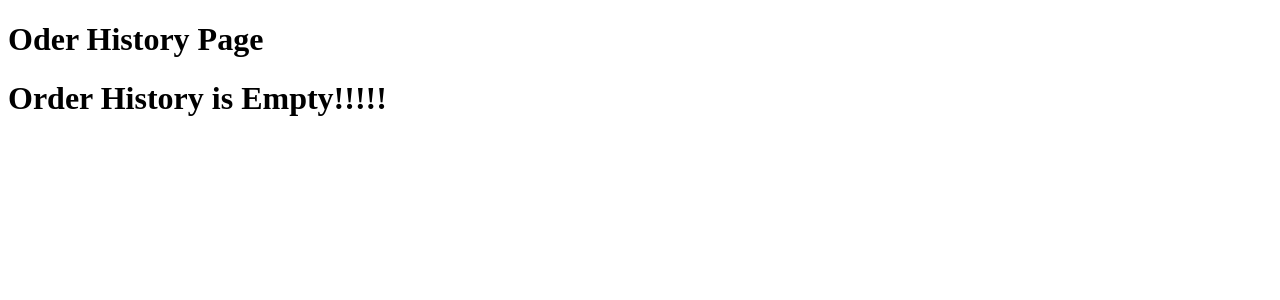
Repository: Sujith-B-S/Food-Application
Page: http://localhost/FoodApplication/orderHistory.jsp
The author's editor kept a copy of each file at every save. The page is drawn from the files as they stood at one save, then again after the next save.
The browser window is 1280 px wide. The pictures show the whole page.
The page is served by Tomcat 9. Other server files are loaded and not shown.

Above is the page before, as saved 2024-11-28 07:10:58.

### FoodApplication/src/main/webapp/orderHistory.jsp
<%@ page language="java" contentType="text/html; charset=UTF-8"
    pageEncoding="UTF-8"%>
<%@ page import="java.util.*"%>
<%@ page import="com.sg.oderhistorypojo.OrderHistory" %>
<!DOCTYPE html>
<html>
<head>
<meta charset="UTF-8">
<title>Order History</title>
</head>
<body>

<h1>Oder History Page</h1>

<%
	ArrayList<OrderHistory> ohList = (ArrayList<OrderHistory>)request.getSession().getAttribute("ohList");
	if(ohList != null && !ohList.isEmpty())
	{
		for(OrderHistory oh : ohList)
		{%>

			<p>Order Id : <%= oh.getOrderId() %></p>
			<p>Restaurant Id : <%= oh.getRestaurantId() %></p>
			<p>Total : <%= oh.getTotal() %></p>
		<%}
	}
	else
	{%>

		<h1>Order History is Empty!!!!!</h1>

	<%}
%>

</body>
</html>

After the next save:
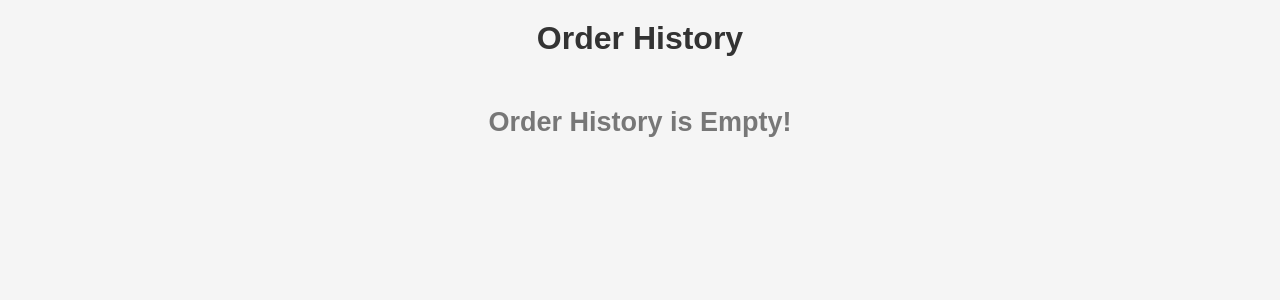
Saved 25 h 25 min later.
--- a/FoodApplication/src/main/webapp/orderHistory.jsp
+++ b/FoodApplication/src/main/webapp/orderHistory.jsp
@@ -5,31 +5,84 @@
 <!DOCTYPE html>
 <html>
 <head>
-<meta charset="UTF-8">
-<title>Order History</title>
+    <meta charset="UTF-8">
+    <title>Order History</title>
+    <style>
+        body {
+            font-family: Arial, sans-serif;
+            margin: 0;
+            padding: 0;
+            background-color: #f5f5f5;
+        }
+
+        h1 {
+            text-align: center;
+            margin: 20px 0;
+            color: #333;
+        }
+
+        .container {
+            display: flex;
+            flex-wrap: wrap;
+            justify-content: center;
+            gap: 20px;
+            padding: 20px;
+        }
+
+        .card {
+            background-color: #fff;
+            border: 1px solid #ddd;
+            border-radius: 8px;
+            box-shadow: 0 4px 6px rgba(0, 0, 0, 0.1);
+            width: 300px;
+            padding: 15px;
+            text-align: center;
+            transition: transform 0.2s ease-in-out, box-shadow 0.2s ease-in-out;
+        }
+
+        .card:hover {
+            transform: scale(1.05);
+            box-shadow: 0 6px 12px rgba(0, 0, 0, 0.15);
+        }
+
+        .card p {
+            margin: 10px 0;
+            color: #555;
+        }
+
+        .empty-history {
+            text-align: center;
+            color: #777;
+            font-size: 18px;
+            margin-top: 50px;
+        }
+    </style>
 </head>
 <body>
 
-<h1>Oder History Page</h1>
+<h1>Order History</h1>
 
 <%
-	ArrayList<OrderHistory> ohList = (ArrayList<OrderHistory>)request.getSession().getAttribute("ohList");
-	if(ohList != null && !ohList.isEmpty())
-	{
-		for(OrderHistory oh : ohList)
-		{%>
-
-			<p>Order Id : <%= oh.getOrderId() %></p>
-			<p>Restaurant Id : <%= oh.getRestaurantId() %></p>
-			<p>Total : <%= oh.getTotal() %></p>
-		<%}
-	}
-	else
-	{%>
-
-		<h1>Order History is Empty!!!!!</h1>
-
-	<%}
+    ArrayList<OrderHistory> ohList = (ArrayList<OrderHistory>) request.getSession().getAttribute("ohList");
+    if (ohList != null && !ohList.isEmpty()) {
+%>
+    <div class="container">
+        <% for (OrderHistory oh : ohList) { %>
+            <div class="card">
+                <p><strong>Order ID:</strong> <%= oh.getOrderId() %></p>
+                <p><strong>Restaurant ID:</strong> <%= oh.getRestaurantId() %></p>
+                <p><strong>Total:</strong> ₹<%= oh.getTotal() %></p>
+            </div>
+        <% } %>
+    </div>
+<%
+    } else {
+%>
+    <div class="empty-history">
+        <h2>Order History is Empty!</h2>
+    </div>
+<%
+    }
 %>
 
 </body>
